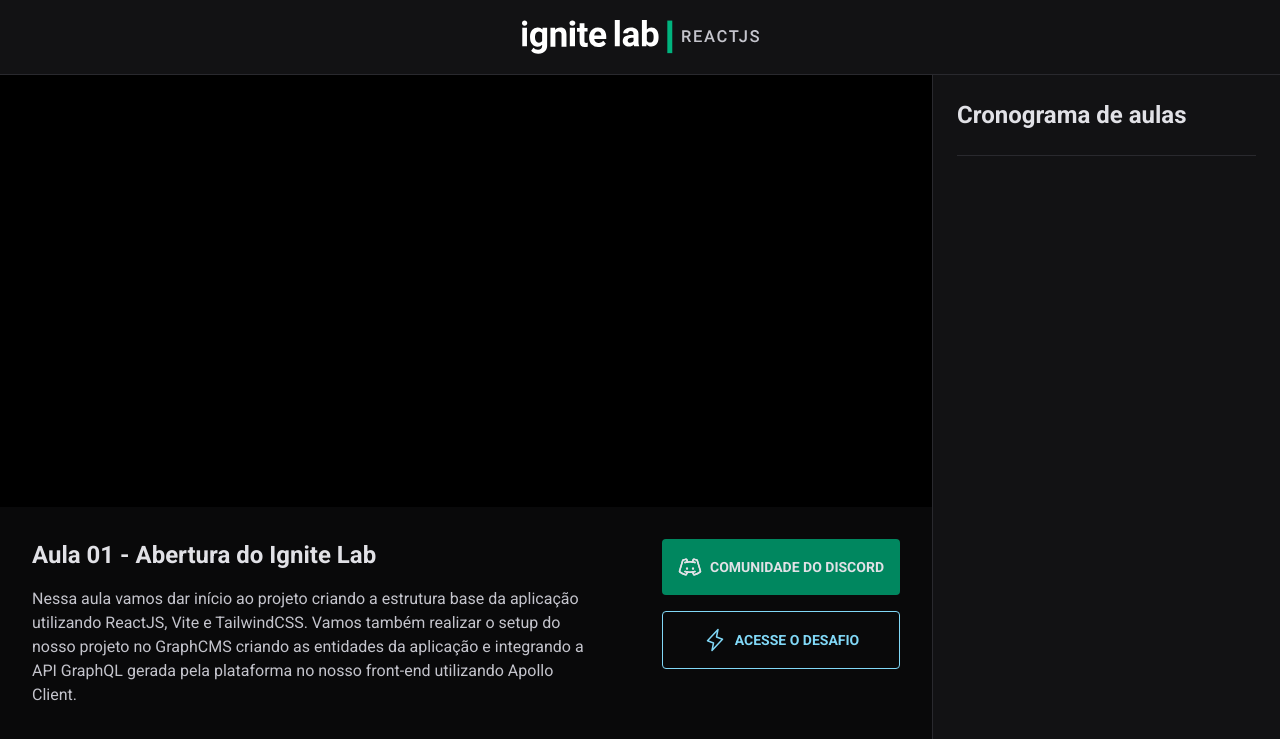
Repository: XFERRER7/Ignite-lab
Page: /
These files come from the project's save history. The page is drawn as it stood at one moment and after the next save; the edit follows.
The browser window is 1280 px wide. The pictures show the whole page.
The page's requests for data from a server got no answer. The project was rebuilt for these pictures with package versions that can differ from the ones it lists, and the page was loaded fresh each time. No one was signed in, and anything a server would have sent is missing. Also part of the build but not shown: vite.config.ts, src/components/Lesson.tsx.

Above is the page before, as saved 2022-06-26 01:59:44.

### index.html
<!DOCTYPE html>
<html>
  <head>
    <meta charset="UTF-8" />
    <link rel="icon" type="image/svg+xml" href="/src/favicon.svg" />
    <meta name="viewport" content="width=device-width, initial-scale=1.0" />
    <title>Event Platform</title>
    <link rel="preconnect" href="https://fonts.googleapis.com">
<link rel="preconnect" href="https://fonts.gstatic.com" crossorigin>
<link href="https://fonts.googleapis.com/css2?family=Roboto:wght@400;500;700&display=swap" rel="stylesheet">
  </head>
  <body>
    <div id="root"></div>
    <script type="module" src="/src/main.tsx"></script>
  </body>
</html>

### src/main.tsx
import { ApolloProvider } from '@apollo/client'
import React from 'react'
import ReactDOM from 'react-dom/client'
import App from './App'
import { client } from './lib/apollo'
import './styles/Global.css'

ReactDOM.createRoot(document.getElementById('root')!).render(
  <React.StrictMode>
    <ApolloProvider client={client}>
    <App />
    </ApolloProvider>
  </React.StrictMode>
)

### src/App.tsx
import { Header } from "./components/Header"
import { Lesson } from "./components/Lesson"
import { SideBar } from "./components/SideBar"
import { Video } from "./components/Video"
import { Event } from "./pages/Event"

function App() {

  return (
    <div>
      <Event/>
    </div>
  )
}

export default App

### src/lib/apollo.ts
import { ApolloClient, InMemoryCache } from "@apollo/client";

export const client = new ApolloClient({
  uri: 'https://api-sa-east-1.graphcms.com/v2/cl4oe0npq21lo01xi4o5e7kb5/master',
  cache: new InMemoryCache()
})

### src/styles/Global.css
@tailwind base;
@tailwind components;
@tailwind utilities;

body {
  @apply text-gray-100 bg-gray-900;
  -webkit-font-smoothing: antialiased;
}

### src/pages/Event.tsx
import React from 'react'
import { Header } from '../components/Header'
import { SideBar } from '../components/SideBar'
import { Video } from '../components/Video'

export const Event = () => {
  return (
    <>
    <div className='flex flex-col min-h-screen'>
      <Header/>
      <main className='flex flex-1'>
      <Video/>
      <SideBar/>
      </main>
    </div>

    </>
  )
}

### src/components/Header.tsx
import React from 'react'
import { Logo } from './Logo'

export const Header = () => {
  return (
    <header className='w-full py-5 flex items-center justify-center bg-gray-700 border-b border-gray-600'>
      <Logo/>
    </header>
  )
}

### src/components/SideBar.tsx
import { gql, useQuery } from '@apollo/client'
import React from 'react'
import { Lesson } from './Lesson'


const GET_LESSONS_QUERY = gql`
  query {
    lessons(orderBy: availableAt_ASC, stage: PUBLISHED) {
      id
      slug
      title
      availableAt
      lessonType
    }
}

`

interface GetLessonsQueryResponse {
  lessons: {
    id: string
    slug:string
    title:string
    availableAt:string
    lessonType: 'live' | 'class'
  }[]
}


export const SideBar = () => {

  const {data} = useQuery<GetLessonsQueryResponse>(GET_LESSONS_QUERY)

  return (
    <aside className='w-[348px] bg-gray-700 p-6 border-l border-gray-600'>
      <span className='font-bold text-2xl pb-6 mb-6 border-b border-gray-600 block'>Cronograma de aulas</span>

      <div className='flex flex-col gap-8'>
        {
          data?.lessons.map(lesson => {
            return (
              <Lesson
              title={lesson.title}
              slug={lesson.slug}
              avaliableAt={new Date(lesson.availableAt)}
              type={lesson.lessonType}/>
            )
          })
        }

      </div>
    </aside>
  )
}

### src/components/Video.tsx
import { DiscordLogo, Lightning } from 'phosphor-react'
import React from 'react'

export const Video = () => {
  return (
    <div className="flex-1">
      <div className="bg-black flex justify-center">
        <div className='h-full w-full max-w-[1100px] max-h-[60vh] aspect-video'></div>
      </div>

      <div className='p-8 max-w-[1100px] mx-auto'>

        <div className='flex items-start gap-16'>
          <div className='flex-1'>
            <h1 className='text-2xl font-bold'>Aula 01 - Abertura do Ignite Lab</h1>
            <p className='mt-4 text-gray-200 leadi'>
              Nessa aula vamos dar início ao projeto criando a estrutura base da aplicação
              utilizando ReactJS, Vite e TailwindCSS. Vamos também realizar o setup do nosso
              projeto no GraphCMS criando as entidades da aplicação e integrando a API GraphQL
              gerada pela plataforma no nosso front-end utilizando Apollo Client.
            </p>
          </div>
          <div className='flex flex-col gap-4 '>
            <a href=""
            className='p-4 text-sm bg-green-500 flex items-center rounded font-bold uppercase
            gap-2 justify-center hover:bg-green-700 transition-colors'>
              <DiscordLogo size={24}/>
              Comunidade do discord
            </a>
            <a href="" className='p-4 text-sm border text-blue-500  border-blue-500 flex items-center rounded font-bold uppercase
            gap-2 justify-center hover:bg-blue-500 hover:text-gray-500 transition-colors'>
              <Lightning size={24}/>
              Acesse o desafio
            </a>
          </div>
        </div>

        <div>

        </div>

      </div>

    </div>
  )

}

### src/components/Logo.tsx
import React from "react";

export function Logo() {
  return (
    <svg
      xmlns="http://www.w3.org/2000/svg"
      width="237"
      height="34"
      fill="none"
      viewBox="0 0 237 34"
    >
      <path
        fill="#fff"
        d="M.002 3.112a2.49 2.49 0 01.165-.987c.12-.314.304-.595.535-.83A2.906 2.906 0 012.615.572c.698 0 1.374.257 1.912.723.23.24.412.524.536.837a2.701 2.701 0 010 1.979 2.568 2.568 0 01-.536.837 2.889 2.889 0 01-1.907.723 2.901 2.901 0 01-1.908-.723 2.458 2.458 0 01-.538-.84 2.645 2.645 0 01-.172-.996zm4.96 23.146H.273V7.862h4.689v18.397zM8.012 16.973c0-2.853.686-5.145 2.055-6.883a6.653 6.653 0 015.528-2.606 5.869 5.869 0 014.802 2.09l.2-1.751h4.538v17.95a7.891 7.891 0 01-1.12 4.246 7.243 7.243 0 01-3.147 2.752 11.155 11.155 0 01-4.742.94c-1.378 0-2.74-.279-4.008-.812a7.08 7.08 0 01-2.946-2.11l2.208-3.02a5.905 5.905 0 004.543 2.08 4.356 4.356 0 003.104-1.059 3.938 3.938 0 001.103-2.993v-.994a5.775 5.775 0 01-4.555 1.935 6.647 6.647 0 01-3.05-.652 6.615 6.615 0 01-2.408-1.967c-1.397-1.752-2.085-4.089-2.085-6.942v-.21h-.025l.005.006zm4.997.355a6.723 6.723 0 001.026 3.956 3.233 3.233 0 002.799 1.443c.651.045 1.3-.088 1.878-.39a3.52 3.52 0 001.396-1.305v-7.825a3.448 3.448 0 00-1.374-1.305 3.504 3.504 0 00-1.86-.39 3.28 3.28 0 00-1.61.365 3.22 3.22 0 00-1.219 1.103c-.688.975-1.036 2.418-1.036 4.348zM33.098 7.833l.158 2.196a6.527 6.527 0 012.371-1.927 6.38 6.38 0 012.971-.62c1.97 0 3.438.597 4.39 1.79.953 1.194 1.456 2.936 1.486 5.293v12.249h-4.962V14.683a3.367 3.367 0 00-.684-2.344 3.086 3.086 0 00-1.069-.598 3.008 3.008 0 00-1.211-.13 3.349 3.349 0 00-1.821.454c-.553.32-1.01.794-1.313 1.367v13.37H28.45V7.845l4.647-.012zM47.512 3.112a2.304 2.304 0 01.185-.988 2.42 2.42 0 01.59-.831A3.439 3.439 0 0150.404.57c.772 0 1.52.256 2.117.723.508.486.792 1.142.792 1.826 0 .683-.284 1.34-.792 1.826a3.417 3.417 0 01-2.11.723c-.77 0-1.517-.257-2.11-.723a2.47 2.47 0 01-.594-.839 2.342 2.342 0 01-.19-.994h-.005zm5.483 23.149h-5.18V7.86h5.18v18.4zM62.454 3.334v4.612h3.107v3.677h-3.107v9.382c-.05.53.091 1.063.395 1.495a1.824 1.824 0 001.473.45c.476.002.95-.035 1.421-.114v3.803a9.672 9.672 0 01-2.939.449c-3.398 0-5.128-1.775-5.19-5.32V11.644h-2.642V7.968h2.643V3.356h4.841v-.025l-.002.003zM76.487 27.08a9.277 9.277 0 01-6.759-2.55c-1.74-1.699-2.605-3.957-2.605-6.797v-.494a11.295 11.295 0 011.098-5.08 8.141 8.141 0 013.111-3.465 8.72 8.72 0 014.59-1.22c2.577 0 4.62.815 6.098 2.449 1.478 1.633 2.226 3.94 2.226 6.929v2.055h-12.01a4.665 4.665 0 001.473 2.971 4.487 4.487 0 003.111 1.111 5.426 5.426 0 004.548-2.115l2.476 2.781a7.506 7.506 0 01-3.07 2.507 9.81 9.81 0 01-4.287.916v.002zm-.594-15.514a3.127 3.127 0 00-2.428 1.012 5.405 5.405 0 00-1.188 2.912h7.006v-.405a3.749 3.749 0 00-.908-2.608 3.252 3.252 0 00-2.45-.908h-.03l-.002-.003zM97.771 26.259h-4.957V0h4.957V26.26zM112.209 26.259c-.227-.444-.392-.997-.496-1.659-1.196 1.333-2.751 2.002-4.666 2.002-1.811 0-3.314-.523-4.504-1.572-1.191-1.049-1.786-2.372-1.786-3.966 0-1.96.725-3.464 2.179-4.513 1.453-1.049 3.553-1.58 6.3-1.59h2.273v-1.06c0-.854-.22-1.54-.659-2.051-.44-.513-1.131-.77-2.078-.77-.832 0-1.486.2-1.957.6-.474.4-.708.945-.708 1.64h-4.941c0-1.07.331-2.062.992-2.973.662-.91 1.597-1.626 2.804-2.144 1.206-.518 2.564-.778 4.069-.778 2.28 0 4.089.573 5.429 1.718 1.34 1.145 2.009 2.756 2.009 4.83v8.017c.012 1.754.256 3.082.735 3.983v.29h-4.992l-.003-.004zm-4.086-3.435c.728 0 1.402-.163 2.016-.486.614-.326 1.071-.76 1.367-1.308v-3.181h-1.846c-2.472 0-3.79.854-3.948 2.564l-.017.291c0 .614.217 1.123.649 1.523.434.4 1.026.6 1.779.6v-.003zM136.58 17.183c0 2.963-.632 5.273-1.898 6.931-1.265 1.659-3.032 2.488-5.3 2.488-2.006 0-3.608-.77-4.805-2.308l-.222 1.967h-4.444V.001h4.94v9.418c1.14-1.332 2.638-2 4.496-2 2.256 0 4.025.828 5.308 2.487 1.283 1.658 1.923 3.992 1.923 7v.274l.002.003zm-4.94-.358c0-1.868-.296-3.233-.889-4.094-.592-.861-1.475-1.29-2.65-1.29-1.572 0-2.655.643-3.247 1.932v7.299c.604 1.298 1.697 1.95 3.282 1.95 1.584 0 2.643-.788 3.146-2.36.239-.752.358-1.897.358-3.437z"
      ></path>
      <path
        fill="#C4C4CC"
        d="M164.51 17.501h-2.283v4.53h-2.048v-11.78h4.143c1.36 0 2.408.306 3.149.915.74.61 1.108 1.493 1.108 2.648 0 .787-.19 1.449-.57 1.98-.38.532-.911.94-1.59 1.226l2.646 4.906v.106h-2.194l-2.364-4.531h.003zm-2.283-1.65h2.105c.691 0 1.229-.176 1.619-.524.39-.348.582-.824.582-1.429 0-.604-.18-1.12-.538-1.466-.358-.345-.893-.523-1.606-.533h-2.162V15.85zM179.066 16.773h-4.839v3.625h5.656v1.634h-7.704V10.25h7.648v1.65h-5.6v3.253h4.839v1.62zM189.803 19.29h-4.565l-.955 2.744h-2.127l4.452-11.783h1.836l4.459 11.783h-2.137l-.963-2.744zm-3.99-1.65h3.415l-1.707-4.89-1.708 4.89zM204.716 18.197c-.119 1.256-.583 2.238-1.392 2.941-.81.703-1.885 1.056-3.228 1.056-.938 0-1.764-.222-2.48-.668-.715-.445-1.266-1.079-1.656-1.898-.387-.82-.589-1.772-.607-2.858v-1.1c0-1.11.198-2.09.59-2.937.392-.846.96-1.5 1.695-1.96.736-.458 1.587-.688 2.554-.688 1.301 0 2.347.353 3.139 1.057.792.703 1.254 1.7 1.385 2.99h-2.039c-.096-.846-.343-1.458-.74-1.833-.397-.375-.977-.563-1.745-.563-.89 0-1.574.326-2.05.977-.479.652-.721 1.605-.733 2.863v1.044c0 1.273.227 2.245.683 2.917.457.668 1.123 1.004 2.004 1.004.805 0 1.409-.18 1.814-.543.405-.363.661-.962.77-1.804h2.038l-.002.003zM216.481 11.902h-3.674v10.132h-2.031V11.902h-3.642V10.25h9.347v1.65zM222.759 10.251h2.039v8.262c0 1.127-.353 2.023-1.057 2.687-.703.664-1.633.995-2.788.995-1.229 0-2.179-.311-2.848-.93-.669-.62-1.004-1.484-1.004-2.59h2.038c0 .627.156 1.096.467 1.412.31.316.76.474 1.347.474.55 0 .989-.183 1.315-.545.326-.366.489-.867.489-1.51V10.25h.002zM234.952 18.999c0-.518-.183-.918-.545-1.197-.363-.279-1.022-.563-1.972-.849-.95-.286-1.705-.604-2.265-.955-1.074-.674-1.612-1.555-1.612-2.638 0-.95.388-1.732 1.163-2.347.774-.614 1.779-.922 3.015-.922.819 0 1.55.15 2.194.454a3.597 3.597 0 011.513 1.29c.367.558.55 1.177.55 1.858h-2.038c0-.614-.193-1.095-.578-1.443-.385-.348-.938-.524-1.656-.524-.668 0-1.189.144-1.557.43-.37.286-.555.686-.555 1.197 0 .432.2.792.6 1.08.399.29 1.056.57 1.974.842.918.271 1.653.582 2.208.93.556.348.963.748 1.222 1.197.259.452.387.977.387 1.582 0 .982-.375 1.762-1.127 2.342-.753.58-1.775.87-3.063.87a5.755 5.755 0 01-2.352-.473c-.715-.316-1.27-.75-1.668-1.308-.397-.555-.594-1.204-.594-1.942h2.048c0 .669.222 1.187.664 1.555.441.367 1.075.55 1.902.55.713 0 1.246-.143 1.607-.432.357-.288.538-.671.538-1.145l-.003-.002z"
      ></path>
      <path fill="#00B37E" d="M150.271 33.146h-4.958V.57h4.958v32.576z"></path>
    </svg>
  );
}

### tailwind.config.js
/** @type {import('tailwindcss').Config} */
module.exports = {
  content: [
    './src/**/*.tsx'
  ],
  theme: {
    extend: {
      fontFamily: {
        sans: 'Roboto, sans-serif'
      },
      colors: {
        green: {
          300: '#00B37E',
          500: '#00875F',
          700: '#015F43',
        },
        blue: {
          500: '#81D8F7',
        },
        orange: {
          500: '#FBA94C',
        },
        red: {
          500: '#F75A68',
        },
        gray: {
          100: '#E1E1E6',
          200: '#C4C4CC',
          300: '#8D8D99',
          500: '#323238',
          600: '#29292E',
          700: '#121214',
          900: '#09090A'
        }
      }
    },
  },
  plugins: [],
}

After the next save:
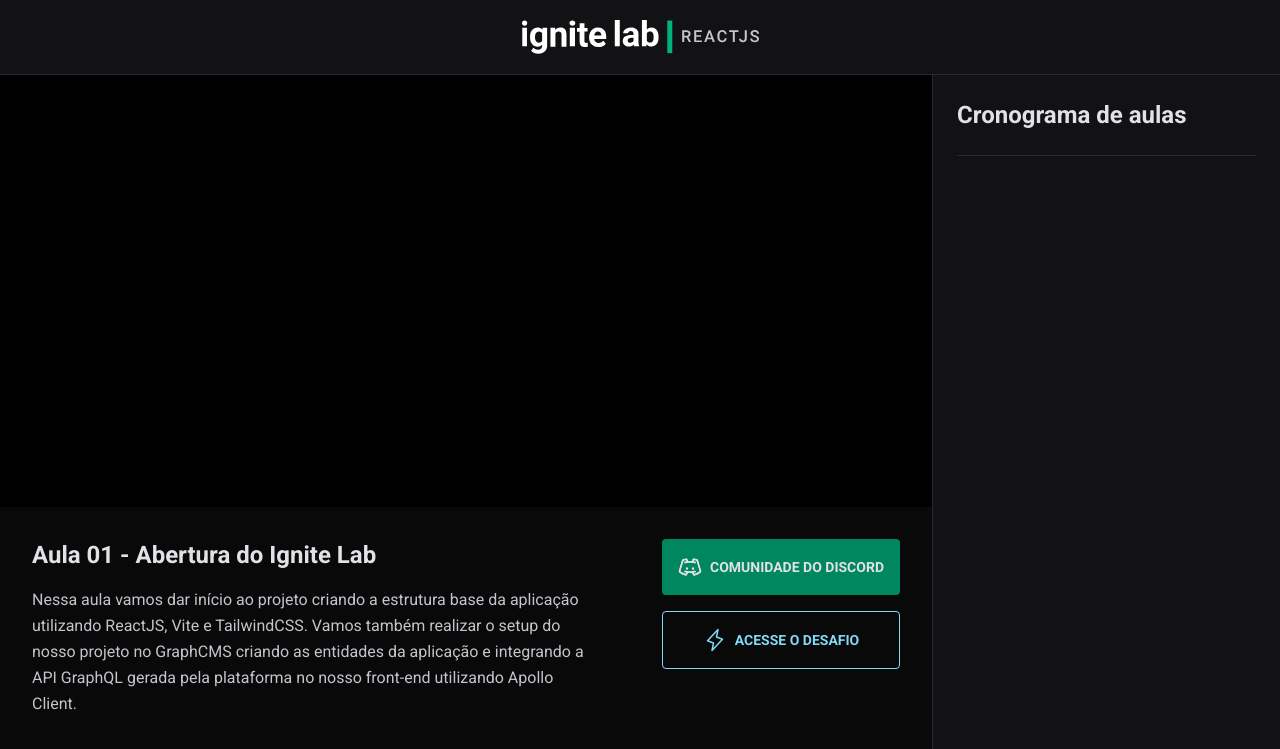
Saved 4 s later.
--- a/src/components/Video.tsx
+++ b/src/components/Video.tsx
@@ -13,7 +13,7 @@
         <div className='flex items-start gap-16'>
           <div className='flex-1'>
             <h1 className='text-2xl font-bold'>Aula 01 - Abertura do Ignite Lab</h1>
-            <p className='mt-4 text-gray-200 leadi'>
+            <p className='mt-4 text-gray-200 leading-relaxed'>
               Nessa aula vamos dar início ao projeto criando a estrutura base da aplicação
               utilizando ReactJS, Vite e TailwindCSS. Vamos também realizar o setup do nosso
               projeto no GraphCMS criando as entidades da aplicação e integrando a API GraphQL
